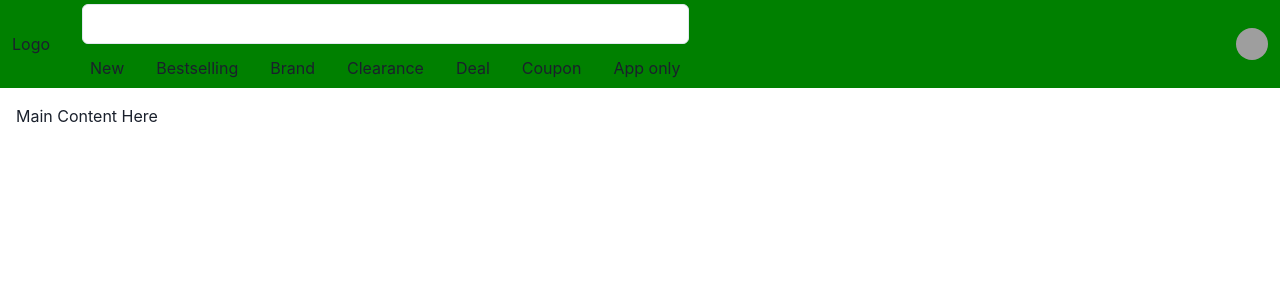
Repository: Vedprakas987/Shopee_cw24
Page: / (app in shopee_online/)
The author's editor kept a copy of each file at every save. The page is drawn from the files as they stood at one save, then again after a run of saves.
The browser window is 1280 px wide. The pictures show the whole page.
Pictures or frames that could not be fetched are drawn as grey boxes. The project was rebuilt for these pictures with package versions that can differ from the ones it lists, and the page was loaded fresh each time.

Above is the page before, as saved 2022-12-15 21:19:11.

### shopee_online/src/index.js
import React from 'react';
import ReactDOM from 'react-dom/client';
import './index.css';
import App from './App';
import reportWebVitals from './reportWebVitals';
import { BrowserRouter } from 'react-router-dom';
import { ChakraProvider } from '@chakra-ui/react';
const root = ReactDOM.createRoot(document.getElementById('root'));
root.render(
  <ChakraProvider>
  <BrowserRouter>
    <App />
  </BrowserRouter>
  </ChakraProvider>

);

// If you want to start measuring performance in your app, pass a function
// to log results (for example: reportWebVitals(console.log))
// or send to an analytics endpoint. Learn more: https://bit.ly/CRA-vitals
reportWebVitals();

### shopee_online/src/App.js
import Navbar from "./Routes/Navbar";
function App() {
  return (
    <div className="App">
      <Navbar/>
    </div>
  );
}

export default App;

### shopee_online/src/Routes/Navbar.jsx
import { ReactNode } from 'react';
import { Input, VStack } from '@chakra-ui/react';
import {
  Box,
  Flex,
  Avatar,
  HStack,
  Link,
  IconButton,
  Button,
  Menu,
  MenuButton,
  MenuList,
  MenuItem,
  MenuDivider,
  useDisclosure,
  useColorModeValue,
  Stack,
} from '@chakra-ui/react';
import { HamburgerIcon, CloseIcon } from '@chakra-ui/icons';

const Links = ['New','Bestselling','Brand','Clearance','Deal','Coupon','App only'];

const NavLink = ({ children }) => (
  <Link
    px={2}
    py={1}
    rounded={'md'}
    _hover={{
      textDecoration: 'none',
      bg: useColorModeValue('gray.200', 'gray.700'),
    }}
    href={'#'}>
    {children}
  </Link>
);

export default function Navbar() {
  const { isOpen, onOpen, onClose } = useDisclosure();

  return (
    <>
      <Box bg={useColorModeValue('green', 'green')} px={7} padding="12px">
        <Flex h={16} alignItems={'center'} justifyContent={'space-between'}>
          <IconButton
            size={'md'}
            icon={isOpen ? <CloseIcon /> : <HamburgerIcon />}
            aria-label={'Open Menu'}
            display={{ md: 'none' }}
            onClick={isOpen ? onClose : onOpen}
          />
          <HStack spacing={8} alignItems={'center'}>
            <Box>Logo</Box>
            <VStack>
                <Input bg="white" color="black"/>
            <HStack
              as={'nav'}
              spacing={4}
              display={{ base: 'none', md: 'flex' }}>
              {Links.map((link) => (
                <NavLink key={link}>{link}</NavLink>
              ))}
            </HStack>
            </VStack>
          </HStack>

          <Flex alignItems={'center'}>
            <Menu>
              <MenuButton
                as={Button}
                rounded={'full'}
                variant={'link'}
                cursor={'pointer'}
                minW={0}>
                <Avatar
                  size={'sm'}
                  src={
                    'https://images.unsplash.com/photo-1493666438817-866a91353ca9?ixlib=rb-0.3.5&q=80&fm=jpg&crop=faces&fit=crop&h=200&w=200&s=b616b2c5b373a80ffc9636ba24f7a4a9'
                  }
                />
              </MenuButton>
              <MenuList>
                <MenuItem>Link 1</MenuItem>
                <MenuItem>Link 2</MenuItem>
                <MenuDivider />
                <MenuItem>Link 3</MenuItem>
              </MenuList>
            </Menu>
          </Flex>
        </Flex>

        {isOpen ? (
          <Box pb={4} display={{ md: 'none' }}>
            <Stack as={'nav'} spacing={4}>
              {Links.map((link) => (
                <NavLink key={link}>{link}</NavLink>
              ))}
            </Stack>
          </Box>
        ) : null}
      </Box>

      <Box p={4}>Main Content Here</Box>
    </>
  );
}

Loaded but not shown: shopee_online/public/index.html (common file); shopee_online/src/index.css (common file); shopee_online/src/reportWebVitals.js (common file)

After the next 2 saves:
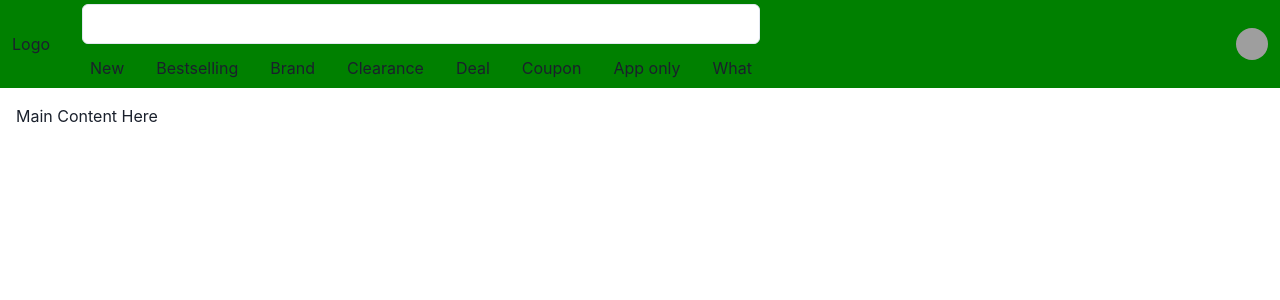
The 2 saves are shown as one change because they came seconds apart.
The last was saved 16 s later.
--- a/shopee_online/src/Routes/Navbar.jsx
+++ b/shopee_online/src/Routes/Navbar.jsx
@@ -19,7 +19,7 @@ import {
 } from '@chakra-ui/react';
 import { HamburgerIcon, CloseIcon } from '@chakra-ui/icons';
 
-const Links = ['New','Bestselling','Brand','Clearance','Deal','Coupon','App only'];
+const Links = ['New','Bestselling','Brand','Clearance','Deal','Coupon','App only','What'];
 
 const NavLink = ({ children }) => (
   <Link
